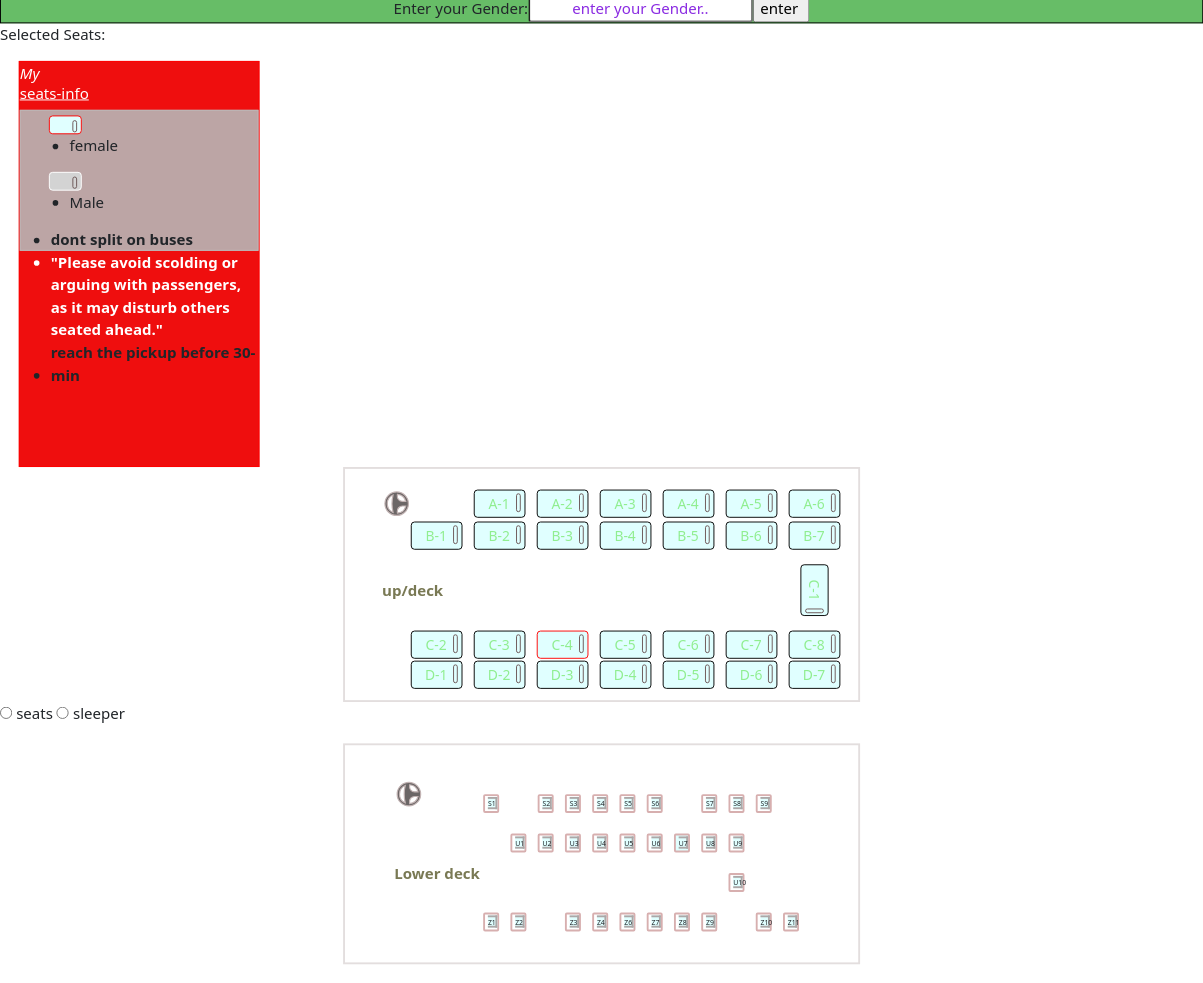
Repository: mohanmania/Redbus_Clone
Page: js-project/seat-selection/seats.html
An editor plug-in stored every save of this project. The page is shown before and after the next save, followed by the edit.
The browser window is 1280 px wide. The pictures show the part of the page from y = 336 to 1382 px (the page is 1382 px tall), at 94% of full size.
A picture or video elsewhere on the page could not be fetched, so the positions and the page height are approximate.

Above is the page before, as saved 2025-01-23 16:05:42.

After the next save:
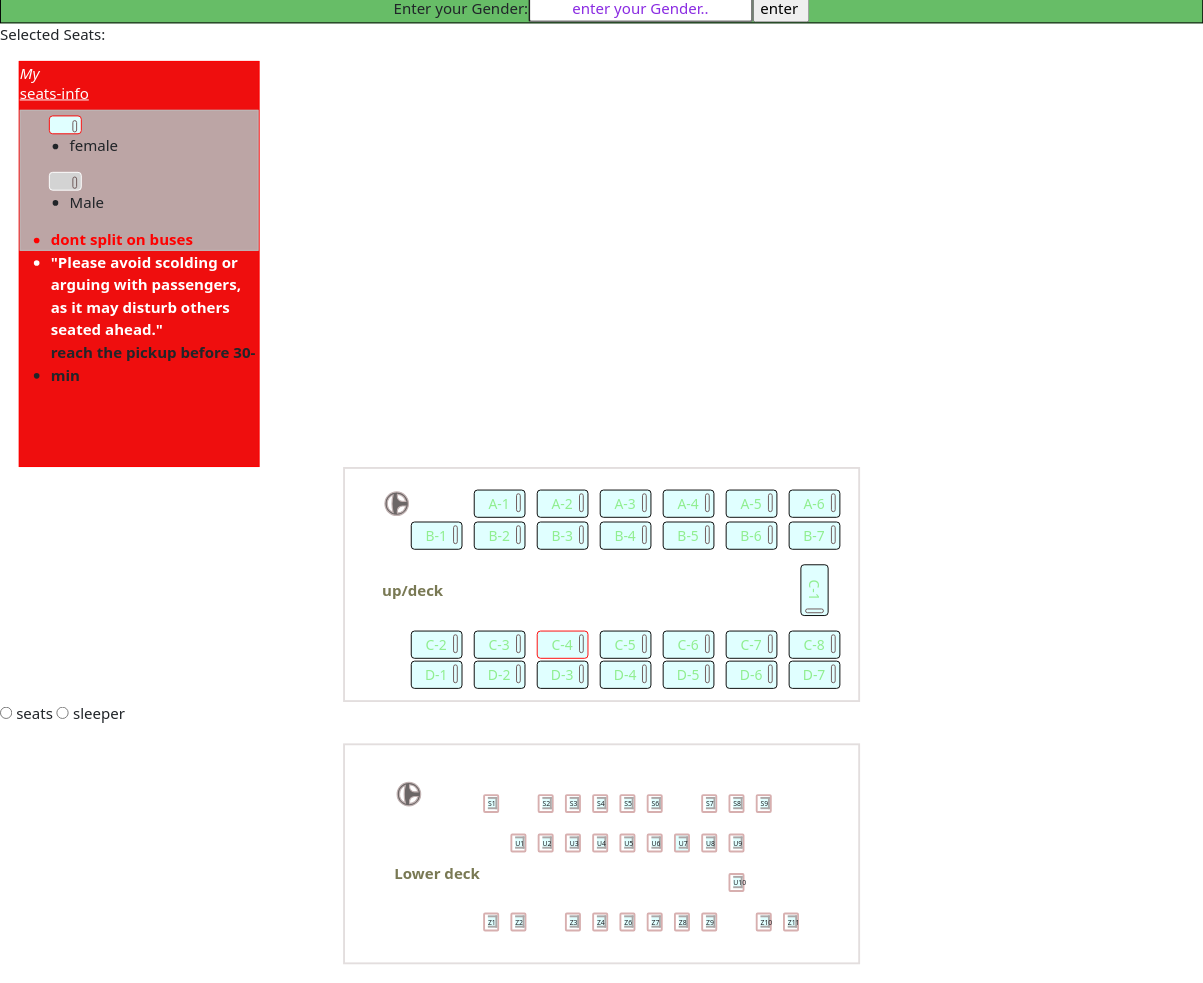
Saved 66 s later.
--- a/js-project/seat-selection/seats.html
+++ b/js-project/seat-selection/seats.html
@@ -322,7 +322,7 @@ input::placeholder {
 <div>
     <ul>
         <strong>
-            <li>dont split on buses </li>
+            <li style="color: red;">dont split on buses </li>
         </strong>
         <li style="color: white;"><strong>
             "Please avoid scolding or arguing with passengers, as it may disturb others seated ahead."
